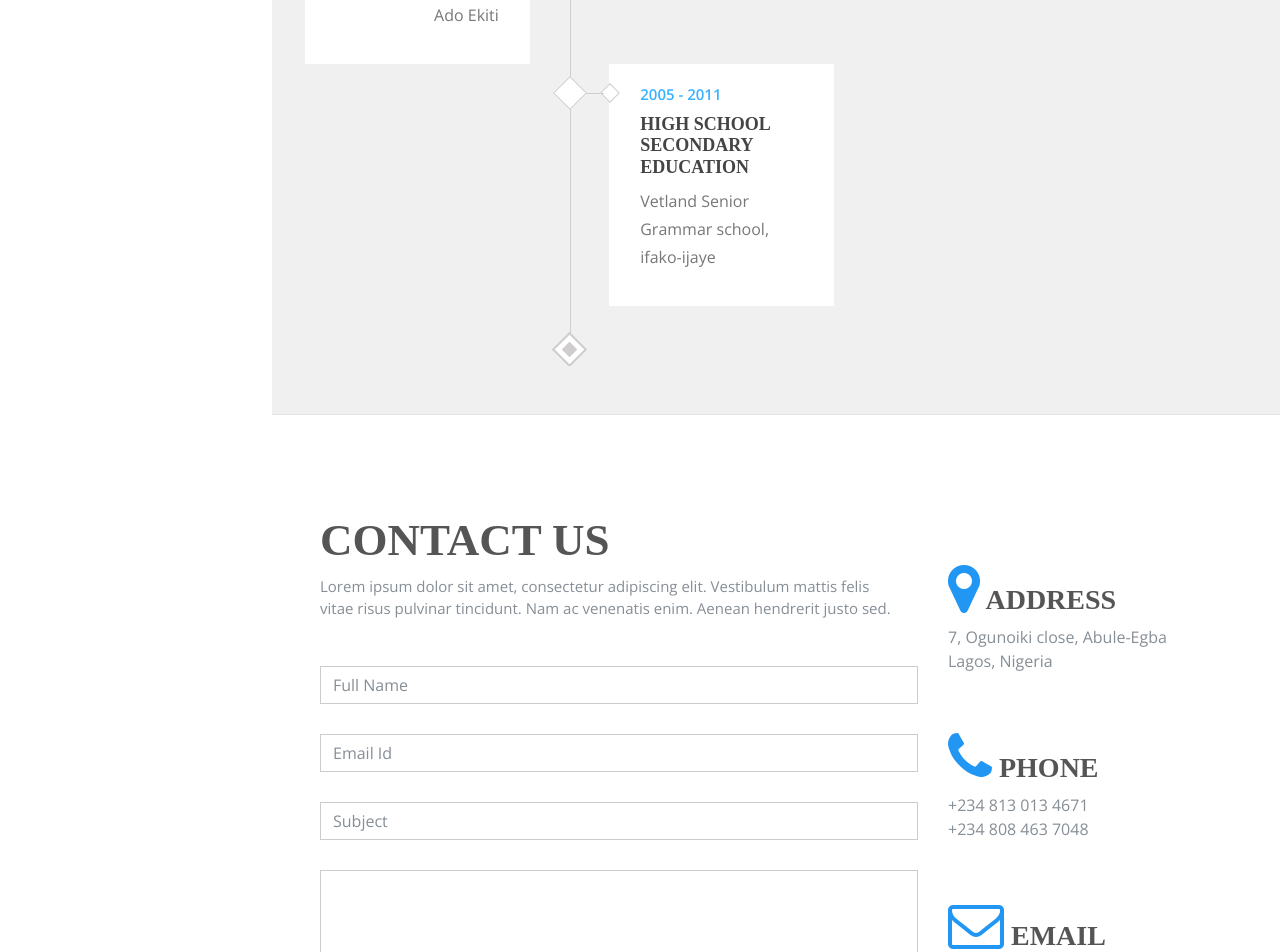
Repository: smit1298/portfolio
Page: index.html
These files come from the project's save history. The page is drawn as it stood at one moment and after the next save; the edit follows.
The browser window is 1280 px wide. The pictures show the part of the page from y = 3256 to 4208 px (the page is 5011 px tall before and 5039 px after).
Some web fonts or font styles are not loaded; a fallback is used.

Above is the page before, as saved 2022-06-06 13:33:07.

After the next save:
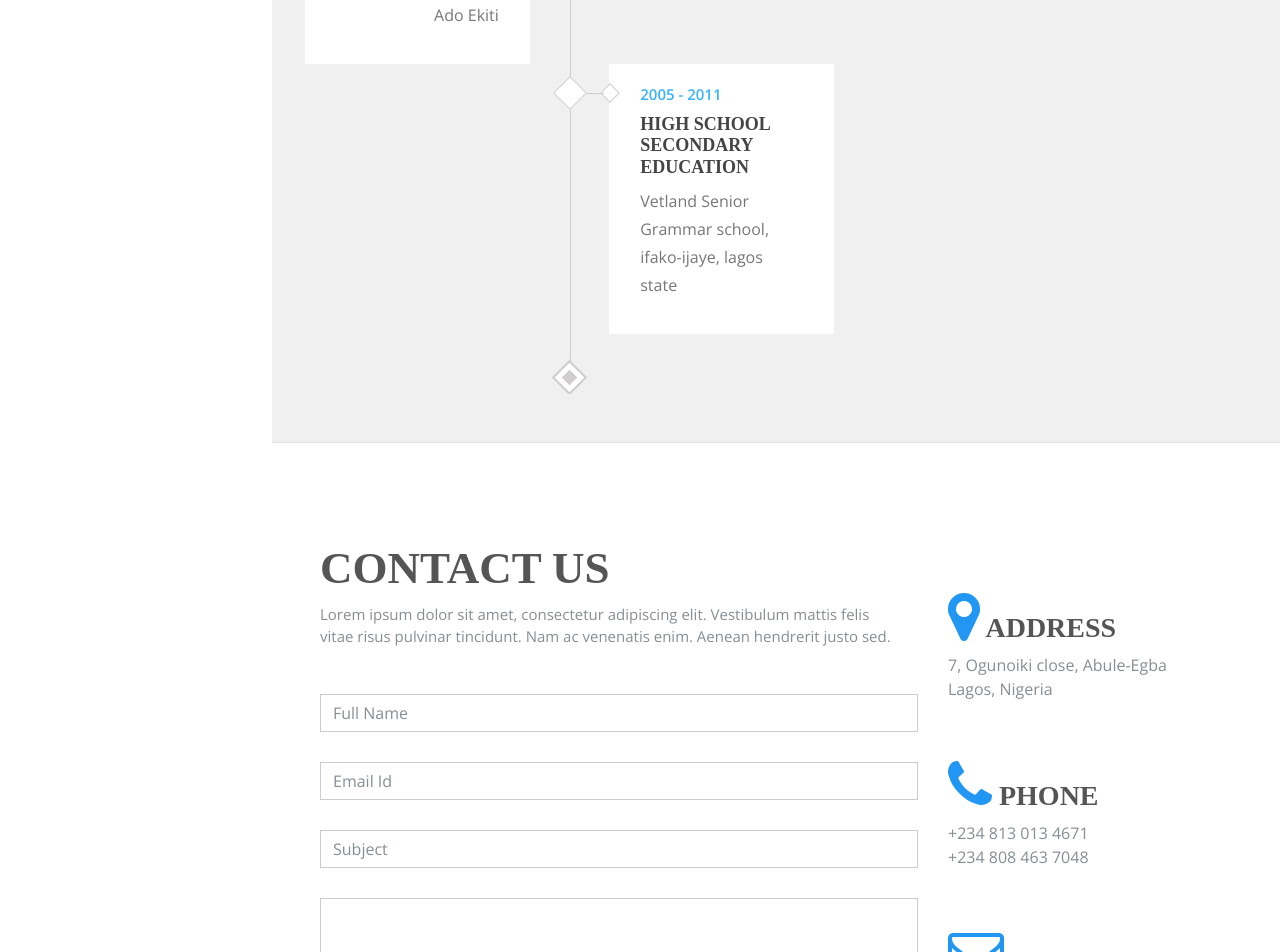
Saved 8 s later.
--- a/index.html
+++ b/index.html
@@ -357,7 +357,7 @@
               <span class="date">2005 - 2011</span>
               <h5 class="title">high school secondary education</h5>
               <p class="description">
-               Vetland Senior Grammar school, ifako-ijaye
+               Vetland Senior Grammar school, ifako-ijaye, lagos state
               </p>
             </div>
           </div>
